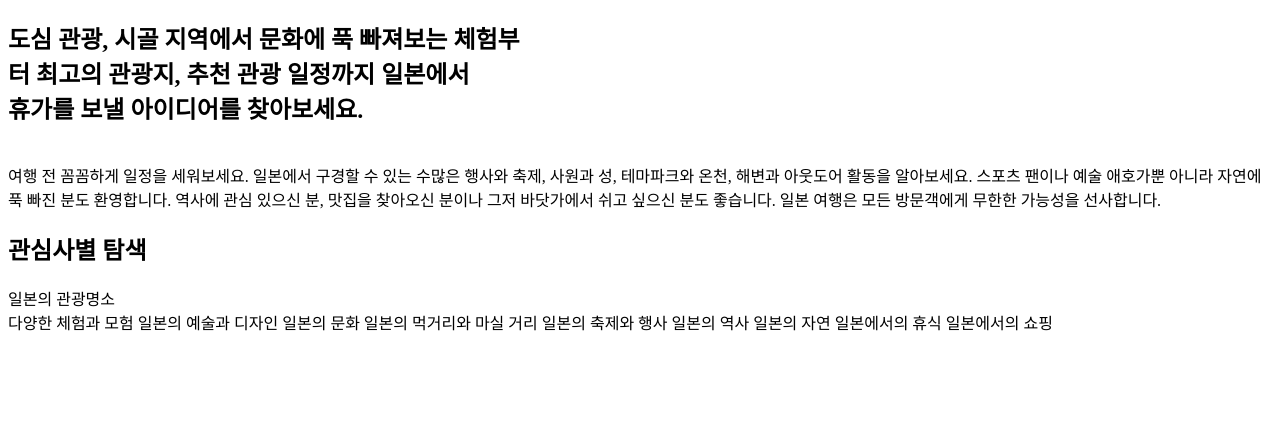
Repository: jaehyeon0418/workspace123
Page: w1024/src/main/webapp/w1024_03.html
These files come from the project's save history. The page is drawn as it stood at one moment and after the next save; the edit follows.
The browser window is 1280 px wide. The pictures show the whole page.

Above is the page before, as saved 2022-10-24 02:12:01.

### w1024/src/main/webapp/w1024_03.html
<!DOCTYPE html>
<html>
<head>
<meta charset="UTF-8">
<title>Insert title here</title>
</head>
<h2>도심 관광, 시골 지역에서 문화에 푹 빠져보는 체험부<br>터 최고의 관광지, 추천 관광 일정까지 일본에서 <br>휴가를 보낼 아이디어를 찾아보세요.</h2>
<body>

<br>
여행 전 꼼꼼하게 일정을 세워보세요. 일본에서 구경할 수 있는 수많은 행사와 축제, 사원과 성, 테마파크와 온천, 해변과 아웃도어 활동을 알아보세요. 스포츠 팬이나 예술 애호가뿐 아니라 자연에 푹 빠진 분도 환영합니다. 역사에 관심 있으신 분, 맛집을 찾아오신 분이나 그저 바닷가에서 쉬고 싶으신 분도 좋습니다. 일본 여행은 모든 방문객에게 무한한 가능성을 선사합니다.
<br>

<h2>관심사별 탐색</h2>

<span>일본의 관광명소</span>
<br>
<span>다양한 체험과 모험</span>
<span>일본의 예술과 디자인</span>
<span>일본의 문화</span>
<span>일본의 먹거리와 마실 거리</span>
<span>일본의 축제와 행사</span>
<span>일본의 역사</span>
<span>일본의 자연</span>
<span>일본에서의 휴식</span>
<span>일본에서의 쇼핑</span>






</body>
</html>

After the next save:
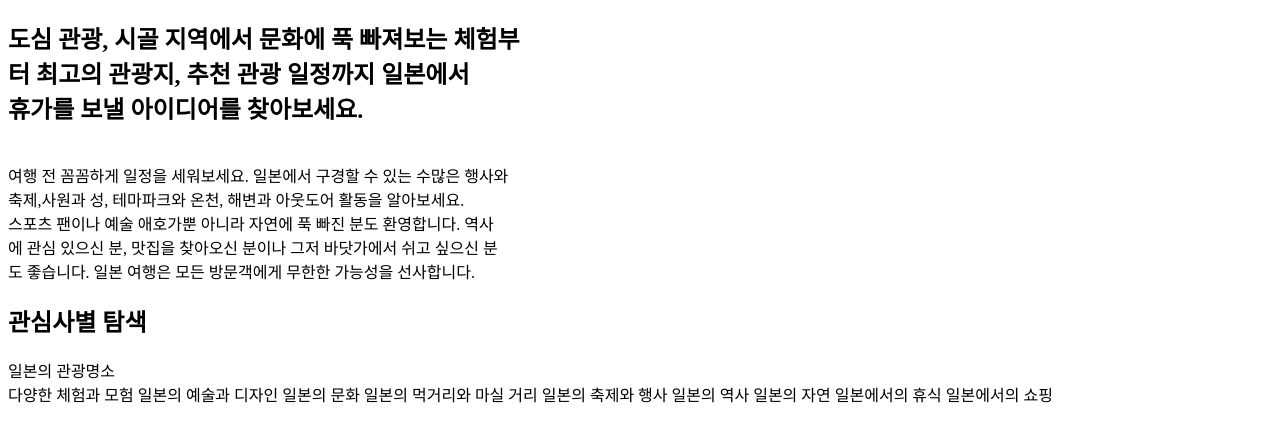
Saved 81 s later.
--- a/w1024/src/main/webapp/w1024_03.html
+++ b/w1024/src/main/webapp/w1024_03.html
@@ -8,7 +8,7 @@
 <body>
 
 <br>
-여행 전 꼼꼼하게 일정을 세워보세요. 일본에서 구경할 수 있는 수많은 행사와 축제, 사원과 성, 테마파크와 온천, 해변과 아웃도어 활동을 알아보세요. 스포츠 팬이나 예술 애호가뿐 아니라 자연에 푹 빠진 분도 환영합니다. 역사에 관심 있으신 분, 맛집을 찾아오신 분이나 그저 바닷가에서 쉬고 싶으신 분도 좋습니다. 일본 여행은 모든 방문객에게 무한한 가능성을 선사합니다.
+여행 전 꼼꼼하게 일정을 세워보세요. 일본에서 구경할 수 있는 수많은 행사와 <br>축제,사원과 성, 테마파크와 온천, 해변과 아웃도어 활동을 알아보세요.<br>스포츠 팬이나 예술 애호가뿐 아니라 자연에 푹 빠진 분도 환영합니다. 역사<br>에 관심 있으신 분, 맛집을 찾아오신 분이나 그저 바닷가에서 쉬고 싶으신 분<br>도 좋습니다. 일본 여행은 모든 방문객에게 무한한 가능성을 선사합니다.
 <br>
 
 <h2>관심사별 탐색</h2>
